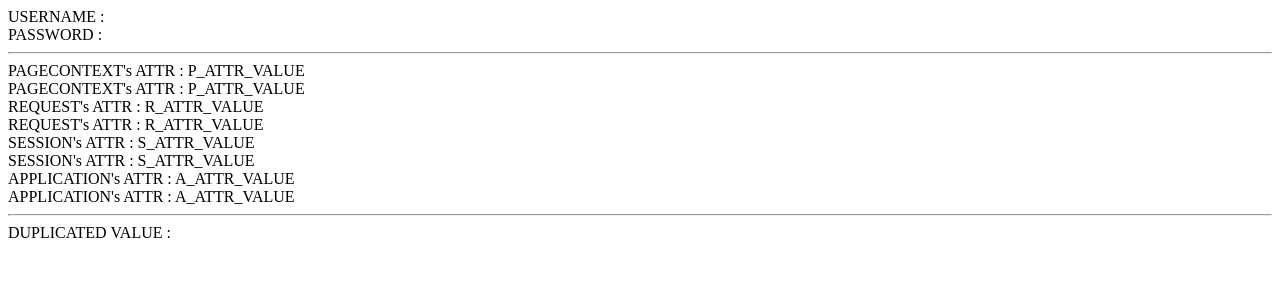
Repository: Leehj9094/JAVA_BOOK-
Page: http://localhost/01JSP/C08/01EL/result.jsp
These files come from the project's save history. The page is drawn as it stood at one moment and after the next save; the edit follows.
The browser window is 1280 px wide. The pictures show the whole page.
The page is served by Tomcat 9. Other server files are loaded and not shown.

Above is the page before, as saved 2025-04-04 02:34:03.

### JSP/01JSP/src/main/webapp/C08/01EL/result.jsp
<%@ page language="java" contentType="text/html; charset=UTF-8"
    pageEncoding="UTF-8"%>
<!DOCTYPE html>
<html>
<head>
<meta charset="UTF-8">
<title>Insert title here</title>
</head>
<body>

<!--
	EL(Expression Language) : 내장객체의 Scope 참조
	PageScope 				: 현재 JSP페이지 내에서만 사용 가능한 속성 / 기능 (관련 내장객체 : pageContext)
	requestScope 			: 하나의 요청 처리동안 (관련 내장객체 : request)
	sessionScope 			: 일정기간 동안(지정된 혹은 기본값) (관련 내장객체 : session)
	applicationScope 		: 서버 종료 시 동안 (관련 내장 객체 application)

 -->
<%

	pageContext.setAttribute("P_ATTR", "P_ATTR_VALUE");
	request.setAttribute("R_ATTR","R_ATTR_VALUE");
	session.setAttribute("S_ATTR","S_ATTR_VALUE");
	application.setAttribute("A_ATTR", "A_ATTR_VALUE");

	pageContext.setAttribute("DUP", "PAGECONTEXT VALUE");

%>


<!-- EL : PARAM -->

USERNAME : ${param.username } <br/>
PASSWORD : ${param.password } <br/>

<hr/>
<!-- EL : ATTRIBUTE -->
PAGECONTEXT's ATTR : ${P_ATTR }<br/>
PAGECONTEXT's ATTR : ${pageScope.P_ATTR}<br/>
REQUEST's ATTR : ${R_ATTR}<br/>
REQUEST's ATTR : ${requestScope.R_ATTR}<br/>
SESSION's ATTR : ${S_ATTR}<br/>
SESSION's ATTR : ${sessionScope.S_ATTR}<br/>
APPLICATION's ATTR : ${A_ATTR}<br/>
APPLICATION's ATTR : ${applicationScope.A_ATTR}<br/>
<hr />
<!-- EL : ATTRIBUTE(중복값) -->
DUPLICATED VALUE : <br/>

</body>
</html>

After the next save:
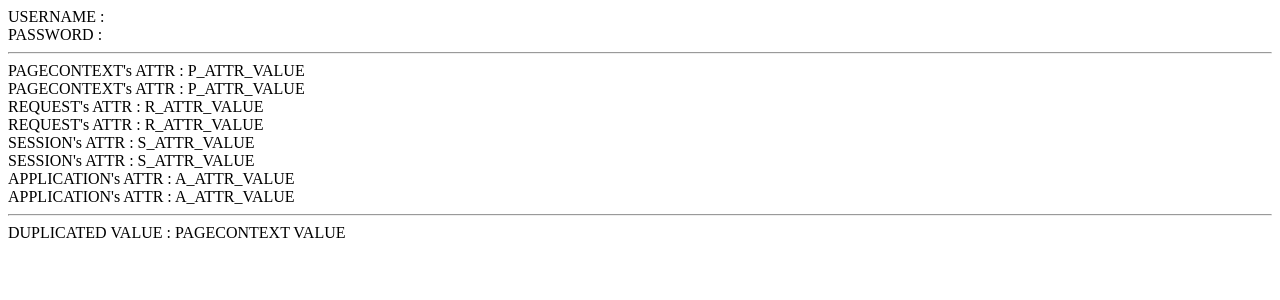
Saved 66 s later.
--- a/JSP/01JSP/src/main/webapp/C08/01EL/result.jsp
+++ b/JSP/01JSP/src/main/webapp/C08/01EL/result.jsp
@@ -45,7 +45,7 @@ APPLICATION's ATTR : ${A_ATTR}<br/>
 APPLICATION's ATTR : ${applicationScope.A_ATTR}<br/>
 <hr />
 <!-- EL : ATTRIBUTE(중복값) -->
-DUPLICATED VALUE : <br/>
+DUPLICATED VALUE : ${DUP}<br/>
 
 </body>
 </html>
